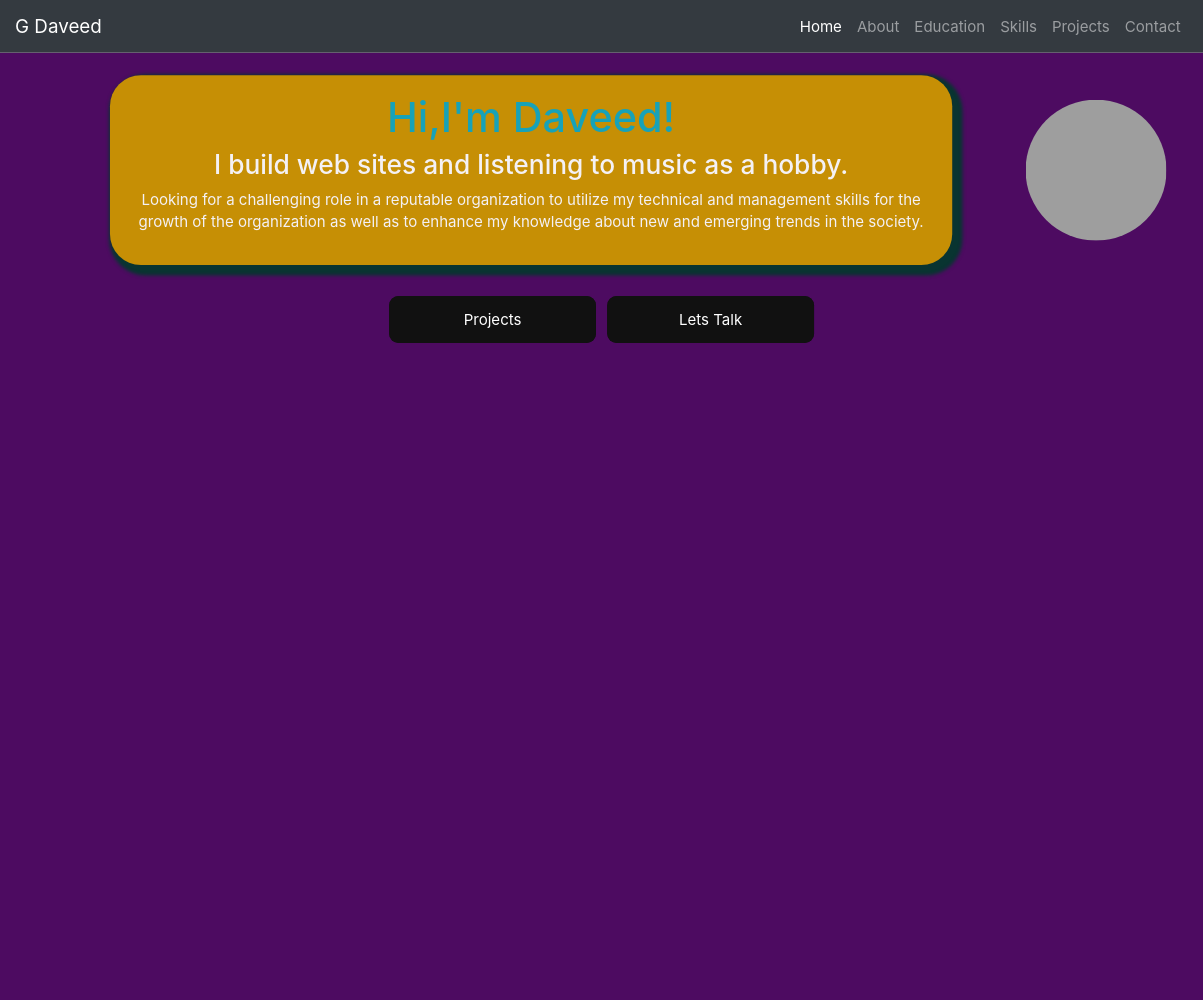
Repository: DaveedGangi/DaveedWebsite
Page: one.html
The author's editor kept a copy of each file at every save. The page is drawn from the files as they stood at one save, then again after a run of saves.
The browser window is 1280 px wide. The pictures show the whole page, at 94% of full size.
Pictures or frames that could not be fetched are drawn as grey boxes.

Above is the page before, as saved 2023-10-23 13:48:04.

After the next 4 saves:
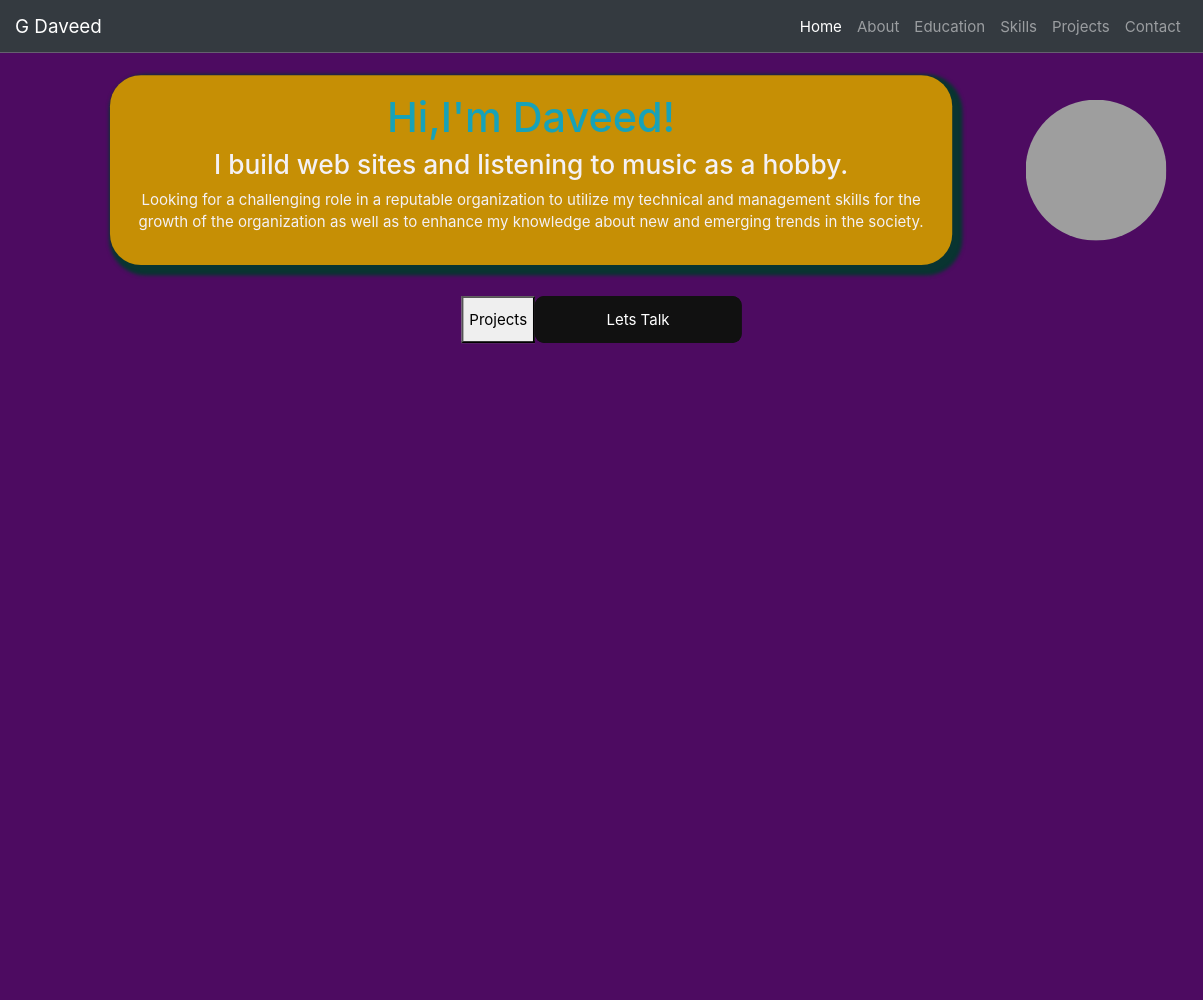
Console error (its wording comes from the project's code and is left out).
The 4 saves are shown as one change because they came seconds apart.
The last was saved 3 min 28 s later.
--- a/one.html
+++ b/one.html
@@ -49,7 +49,7 @@
     </div>
 
     <div class="buttons">
-    <button class="btn1 glow-on-hover">Projects</button>
+    <button onclick="display class="btn1 glow-on-hover">Projects</button>
     <button class="glow-on-hover">Lets Talk</button>
     </div>
 

After the 3 saves that followed:
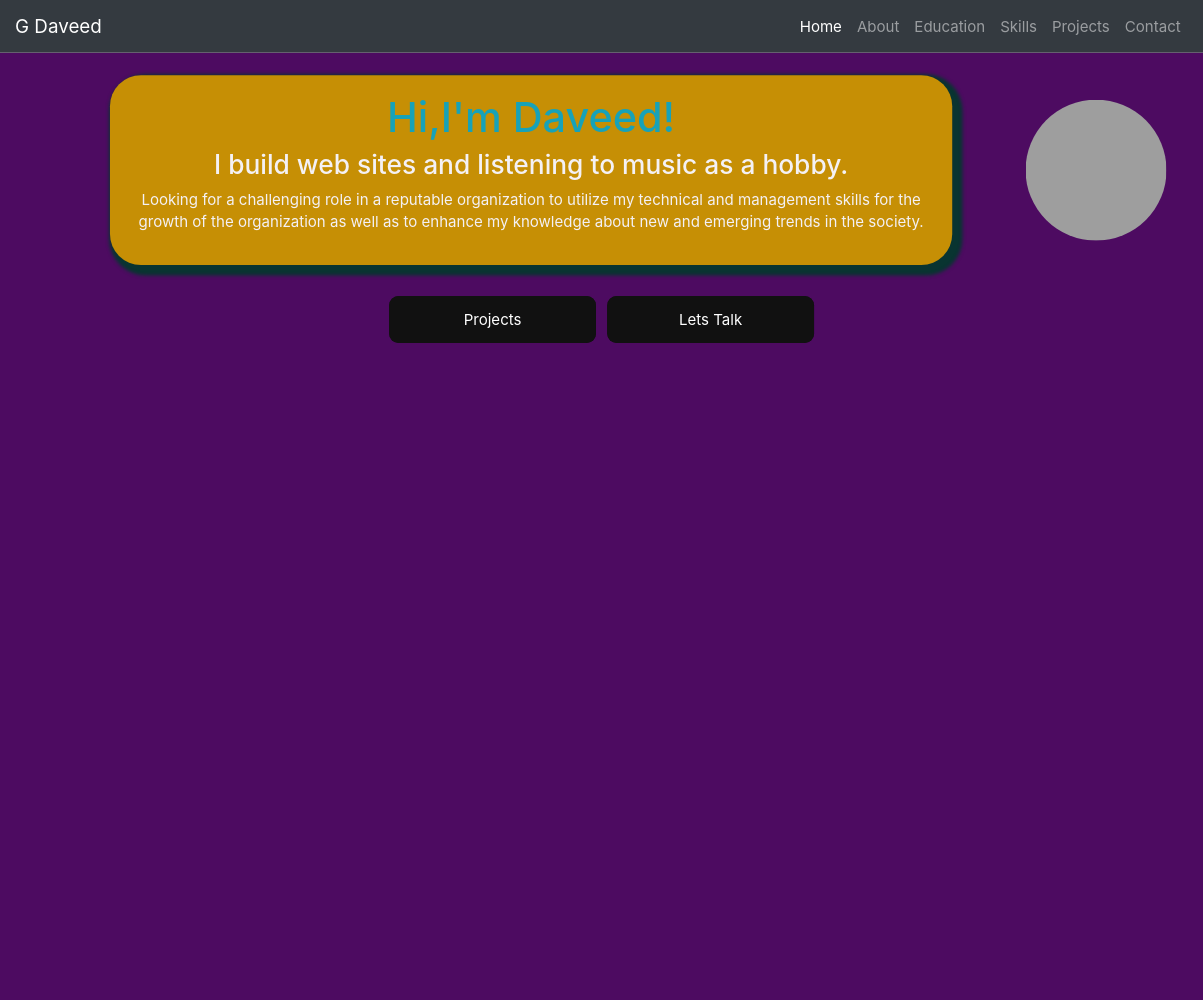
The error is gone.
The 3 saves are shown as one change because 2 left the picture as it was.
The last was saved 3 min 12 s later.
--- a/one.html
+++ b/one.html
@@ -49,7 +49,7 @@
     </div>
 
     <div class="buttons">
-    <button onclick="display class="btn1 glow-on-hover">Projects</button>
+    <button onclick="display('section')"class="btn1 glow-on-hover">Projects</button>
     <button class="glow-on-hover">Lets Talk</button>
     </div>
 
